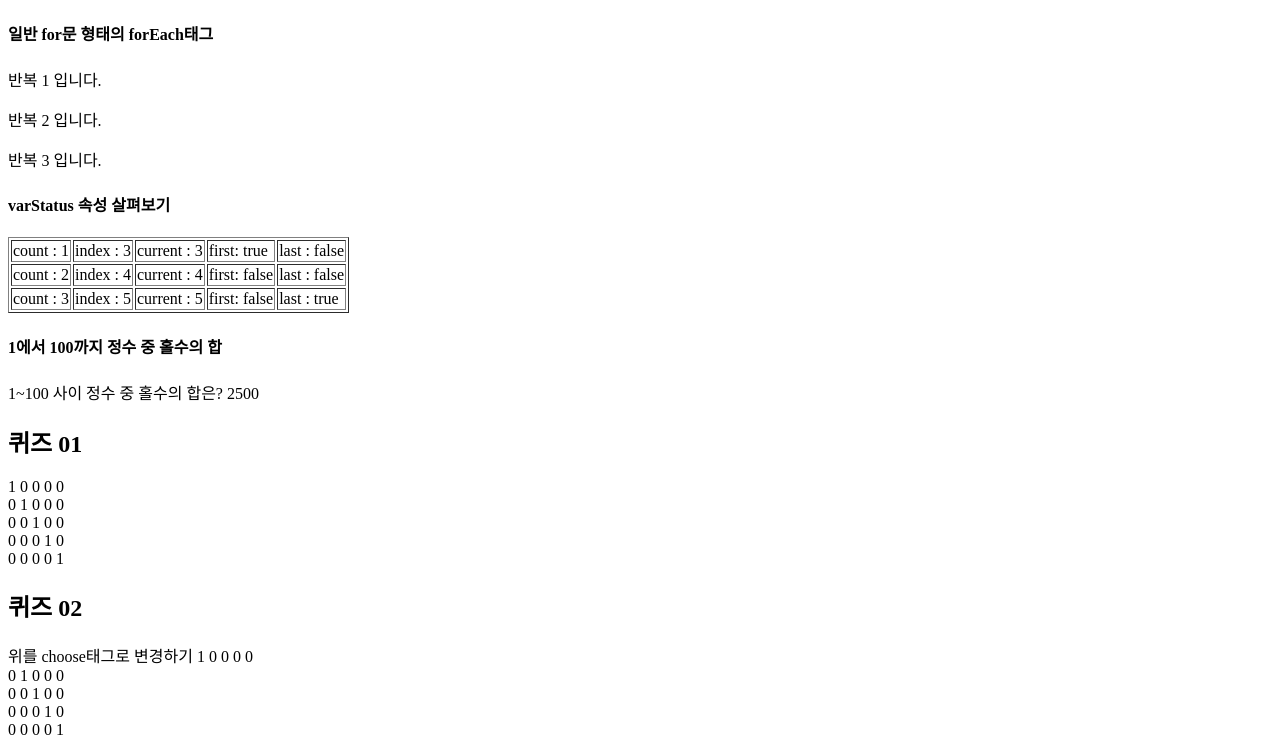
Repository: ssing365/JSPStudy
Page: http://localhost/JSPServlet/11JSTL/core/ForEachNormal.jsp
The author's editor kept a copy of each file at every save. The page is drawn from the files as they stood at one save, then again after the next save.
The browser window is 1280 px wide. The pictures show the whole page.
The page is served by Tomcat 10.

Above is the page before, as saved 2024-11-06 08:49:43.

After the next save:
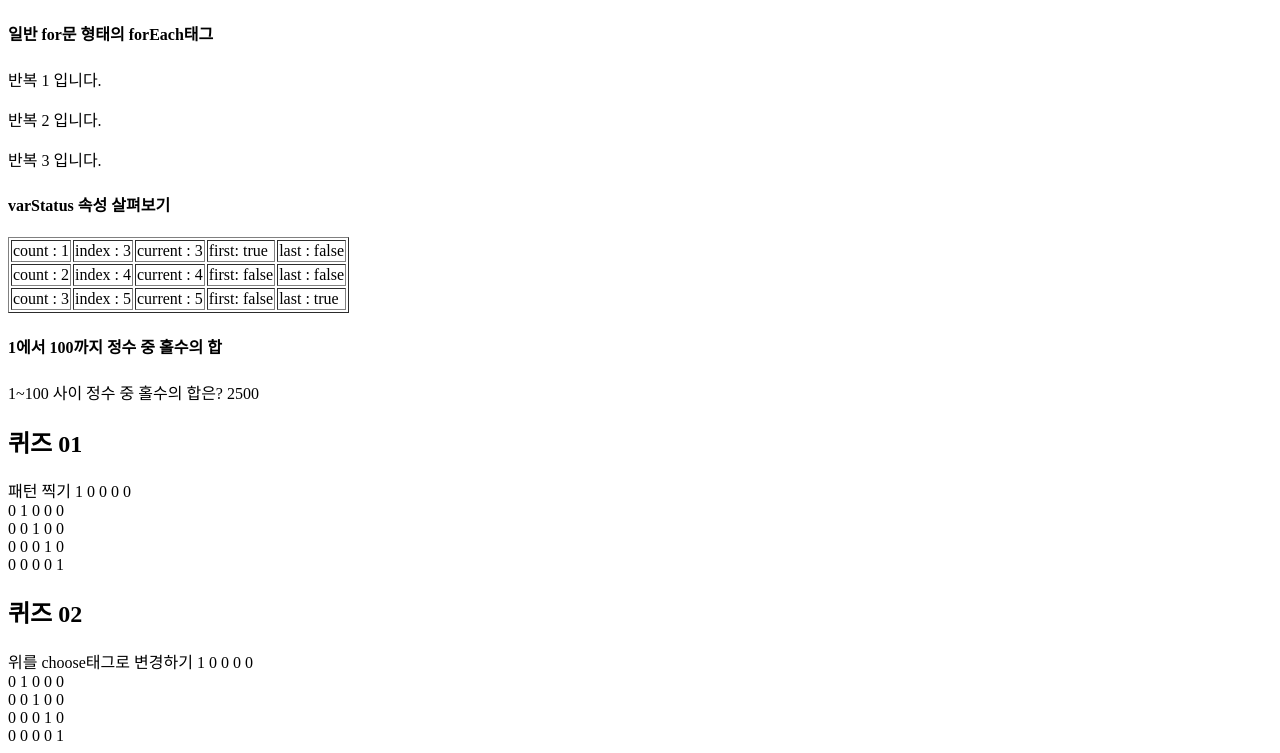
Saved 7 s later.
--- a/JSPServlet/src/main/webapp/11JSTL/core/ForEachNormal.jsp
+++ b/JSPServlet/src/main/webapp/11JSTL/core/ForEachNormal.jsp
@@ -56,6 +56,7 @@
 	1~100 사이 정수 중 홀수의 합은? ${sum}
 
 	<h2>퀴즈 01</h2>
+	패턴 찍기
 	<c:forEach begin="1" end="5" var="i" >
 		<c:forEach begin="1" end="5" var="j">
 			<c:if test="${ i eq j }" var="result">1</c:if>
